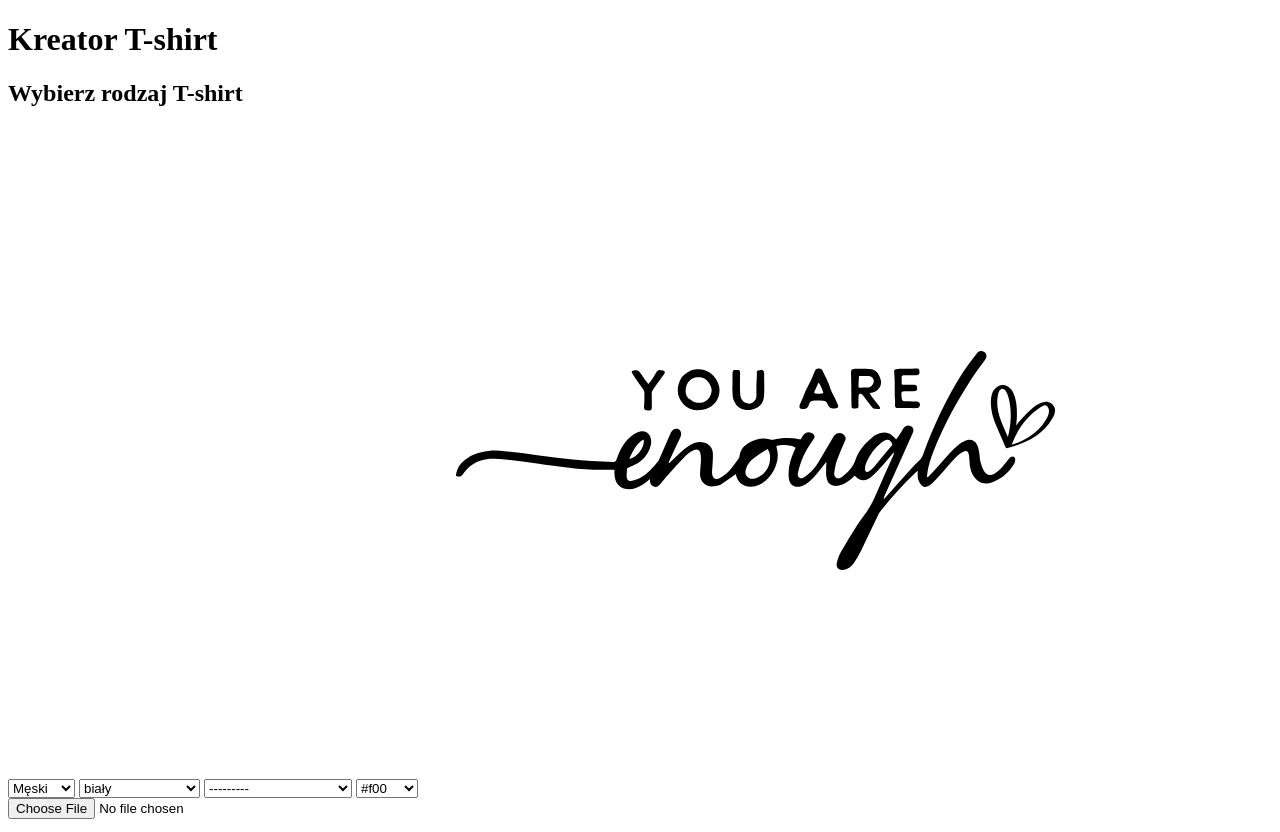
Repository: artek313/clothes
Page: index.html
The author's editor kept a copy of each file at every save. The page is drawn from the files as they stood at one save, then again after the next save.
The browser window is 1280 px wide. The pictures show the whole page.
After loading, the first visible `#overPrintColor` was changed once.

Above is the page before, as saved 2024-04-27 12:55:30.

### index.html
<!DOCTYPE html>
<html lang="en">

<head>
    <meta charset="UTF-8">
    <meta name="viewport" content="width=device-width, initial-scale=1.0">
    <title>Document</title>

    <link rel="stylesheet" href="style.css">

    <script src="script.js"></script>

</head>

<body>
    <h1>Kreator T-shirt</h1>
    <h2>Wybierz rodzaj T-shirt</h2>
    <select name="kind" id="kindTshirt">
        <option value="men">Męski</option>
        <option value="women">Damski</option>
    </select>
    <select name="color" id="colorTshirt">
        <option value="white">biały</option>
        <option value="black">czarny</option>
        <option value="red">czerwony</option>
        <option value="bottleGreen">butelkowa zieleń</option>
        <option value="blue">niebieski</option>
        <option value="navyBlue">granatowy</option>
    </select>
    <select name="overPrintName" id="overPrintName">
        <option value="">---------</option>
        <option value="adventure_of_your_life">Adventure of your life</option>
    </select>
    <select name="overPrintColor" id="overPrintColor">
        <option value="">---------</option>
        <option value="#f00">#f00</option>
        <option value="#f0F">#f0F</option>
    </select>





    <object class="" id="overprint" data="img/men/overprints/1.svg" type="image/svg+xml"></object>

    <input type="file" name="inputfile" id="inputfile">
    <pre id="output"></pre>



    <div id="tshirtBox">





    </div>





</body>

</html>

### style.css
.tshirtBox {
	width: 50%;
}

.tshirtMockup {
	width: 100%;
	position: relative;
}

.tshirtMockup_color {
	width: 100%;
}

.tshirtMockup_overprint {
	width: 30%;
	position: absolute;
	top: 20%;
	left: 50%;
	transform: translateX(-50%);
}

.tshirtMockup_overprint img {
	width: 100%;
}

div svg {
	fill: red !important;
}

### script.js
'use strict'

document.addEventListener('DOMContentLoaded', function () {
	init()
})

function init() {
	const kindTshirtSelect = document.querySelector('#kindTshirt')
	const colorTshirtSelect = document.querySelector('#colorTshirt')
	const tshirtBox = document.querySelector('.tshirtBox')
	const overPrintNameSelect = document.querySelector('#overPrintName')
	const overPrintColorSelect = document.querySelector('#overPrintColor')

	const overprint = document.getElementById('overprint')

	console.log(overprint)

	// overprint.addEventListener('load', function (e) {
	// 	console.dir(e)
	// 	console.log(overprint.contentDocument)
	// 	console.log(overprint.contentDocument.querySelector('svg'))
	// 	overprint.contentDocument.querySelector('svg').style.fill = '#00f'
	// })

	console.log(colorTshirtSelect)

	overPrintColorSelect.addEventListener('change', function (e) {
		console.log(e.target.value)
	})

	// document.getElementById('inputfile').addEventListener('change', function (e) {
	// 	console.dir(document.getElementById('inputfile'))
	// 	console.log(e)
	// 	let fr = new FileReader()
	// 	fr.readAsText(file)

	// 	console.log(fr)
	// 	fr.onload = function () {
	// 		document.getElementById('output').textContent = fr.result
	// 	}

	// 	fr.readAsBinaryString(this.files[0])
	// })

	// overprint.addEventListener(
	// 	'load',
	// 	function (e) {
	// 		const svgObj = overprint.contentDocument
	// 		if (svgObj) {
	// 			console.log(svgObj.querySelector('svg'))
	// 		}
	// 	},
	// 	false
	// )
	// overPrintNameSelect.addEventListener('change', function (e) {
	// 	let svgObject = document.querySelector('#path3443')
	// 	console.log(overprint)
	// 	document.querySelectorAll('#path1096')

	// 	if (svgObject) {
	// 		console.log(svgObject)
	// 		let svgDocObject = svgObject.innerHTML

	// 		console.log(svgDocObject)
	// 	}
	// })
}

After the next save:
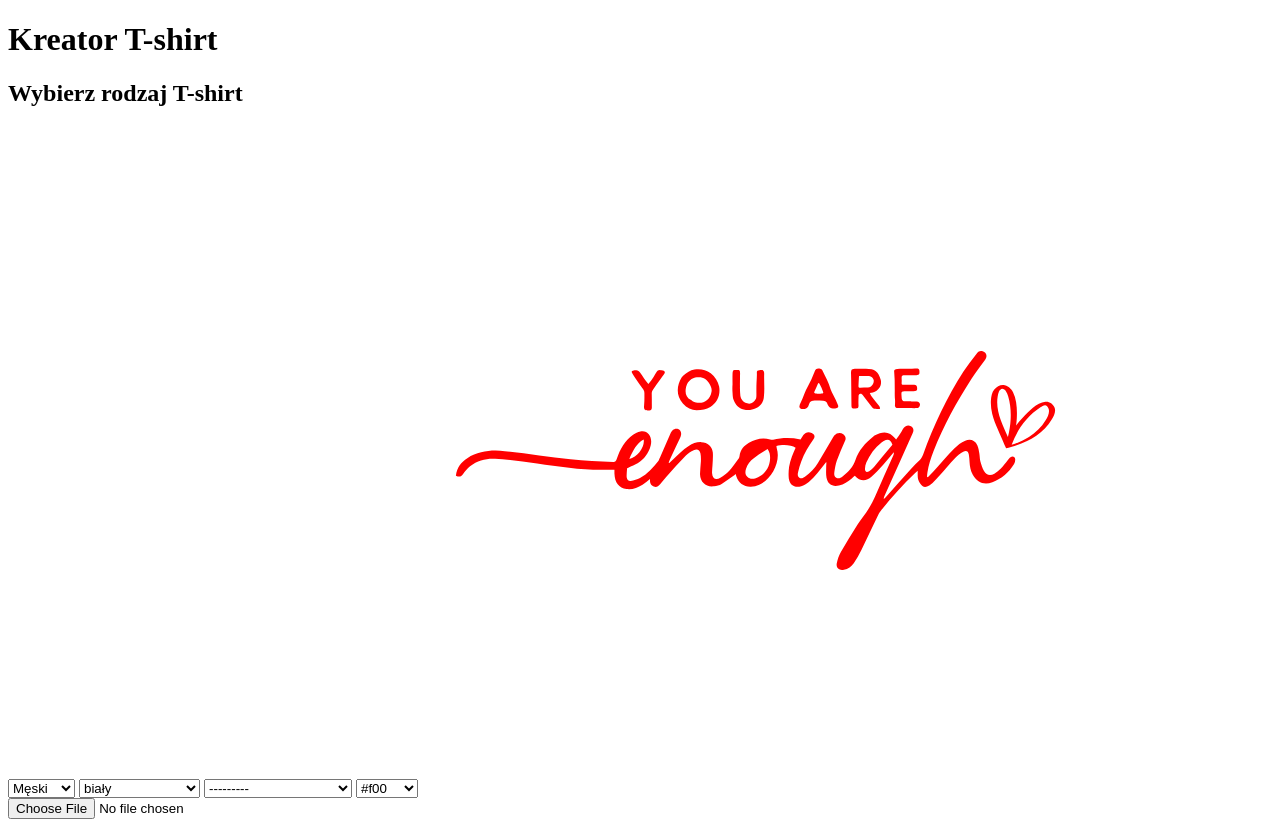
Saved 72 s later.
--- a/script.js
+++ b/script.js
@@ -26,6 +26,8 @@ function init() {
 
 	overPrintColorSelect.addEventListener('change', function (e) {
 		console.log(e.target.value)
+		const color = e.target.value
+		overprint.contentDocument.querySelector('svg').style.fill = color
 	})
 
 	// document.getElementById('inputfile').addEventListener('change', function (e) {
